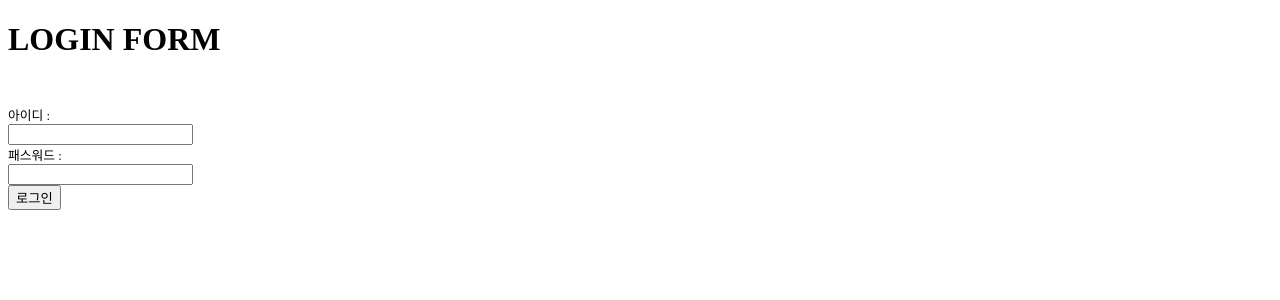
Repository: Leehj9094/JAVA_BOOK-
Page: http://localhost/01JSP/C07/03/login_form.jsp
These files come from the project's save history. The page is drawn as it stood at one moment and after the next save; the edit follows.
The browser window is 1280 px wide. The pictures show the whole page.
The page is served by Tomcat 9. Other server files are loaded and not shown.

Above is the page before, as saved 2025-04-04 00:24:04.

### JSP/01JSP/src/main/webapp/C07/03/login_form.jsp
<%@ page language="java" contentType="text/html; charset=UTF-8"
	pageEncoding="UTF-8"%>

	<%
	if(session.getAttribute("isAuth")!=null){
		out.println("<script>alert('이미 로그인 상태입니다.');location.href='./main'</script>");
		//response.sendRedirect("./main.jsp");
	}
	 %>

<!DOCTYPE html>
<html>
<head>
<meta charset="UTF-8">
<title>Insert title here</title>
<style>
	label{font-size: .8rem;}
	span{font-size:.5rem; color:red;}
</style>
</head>
<body>

	<h1>LOGIN FORM</h1>
	<div style="min-height:25px; font-size:.8rem; color:yellow">
	${param.message }
	</div>
	<form action="${pageContext.request.contextPath}/C06/02/login.jsp" method="post">
		<div>
		<label>아이디 : </label><span>${username_msg}</span> <br/>
			<input type="text" name="username" />
		</div>
		<div>
			<label>패스워드 : </label><span>${password_msg}</span> <br/>
			<input type="text" name="password" />
		</div>
		<div>
			<button>로그인</button>
		</div>

	</form>

</body>
</html>

After the next save:
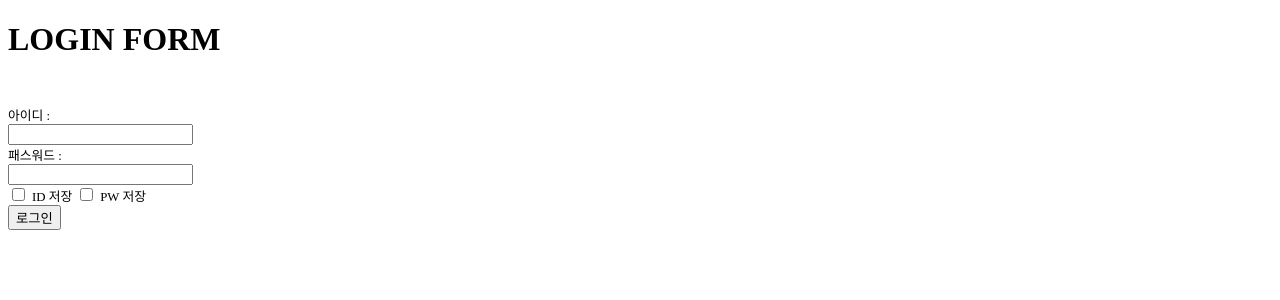
Saved 8 min 17 s later.
--- a/JSP/01JSP/src/main/webapp/C07/03/login_form.jsp
+++ b/JSP/01JSP/src/main/webapp/C07/03/login_form.jsp
@@ -34,6 +34,13 @@
 			<input type="text" name="password" />
 		</div>
 		<div>
+			<input type="checkbox" id="idSave"/>
+			<label for="idSave">ID 저장</label>
+
+			<input type="checkbox" id="pwSave"/>
+			<label for="pwSave">PW 저장</label>
+		</div>
+		<div>
 			<button>로그인</button>
 		</div>
 
